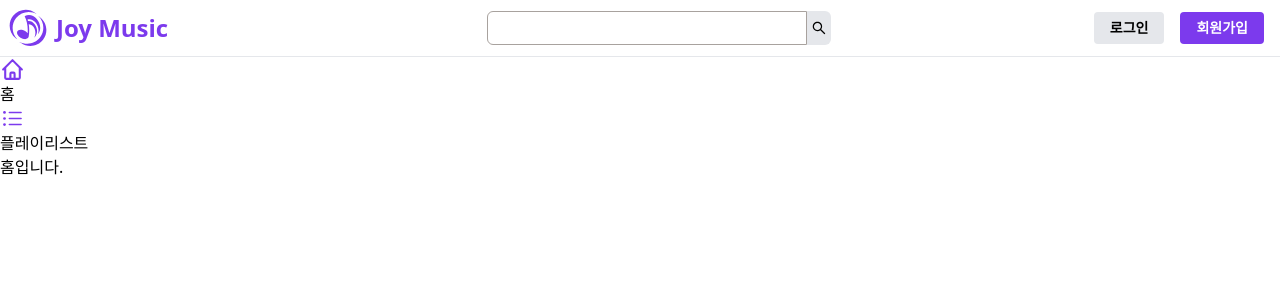
Repository: momo0170/joy-music
Page: /
An editor plug-in stored every save of this project. The page is shown before and after the next save, followed by the edit.
The browser window is 1280 px wide. The pictures show the whole page.
The project was rebuilt for these pictures with package versions that can differ from the ones it lists, and the page was loaded fresh each time. Also part of the build but not shown: src/App.css, src/router/Playlist.jsx.

Above is the page before, as saved 2023-09-25 14:37:01.

### public/index.html
<!DOCTYPE html>
<html lang="en">
  <head>
    <meta charset="utf-8" />
    <link rel="icon" href="%PUBLIC_URL%/favicon.ico" />
    <meta name="viewport" content="width=device-width, initial-scale=1" />
    <meta name="theme-color" content="#000000" />
    <meta
      name="description"
      content="Web site created using create-react-app"
    />
    <link rel="apple-touch-icon" href="%PUBLIC_URL%/logo192.png" />
    <!-- <link rel="manifest" href="%PUBLIC_URL%/manifest.json" /> -->

    <title>Joy Music</title>
  </head>
  <body>
    <div id="root"></div>
  </body>
</html>

### src/index.js
import React from 'react';
import ReactDOM from 'react-dom/client';
import './index.css';
import App from './App';
import { RouterProvider, createBrowserRouter } from 'react-router-dom';
import Home from './router/Home';
import Playlist from './router/Playlist';

const router = createBrowserRouter([
  {
    path: '/',
    element: <App />,
    children: [
      {
        index: true,
        element: <Home />,
      },
      {
        path: '/playlist',
        element: <Playlist />,
      },
    ],
  },
]);

const root = ReactDOM.createRoot(document.getElementById('root'));
root.render(
  <RouterProvider router={router}>
    <App />
  </RouterProvider>
);

### src/App.js
import { Outlet } from 'react-router-dom';
import './App.css';
import Header from './components/Header';
import Menubar from './components/Menubar';

function App() {
  return (
    <>
      <Header />
      <div>
        <Menubar />
        <Outlet />
      </div>
    </>
  );
}

export default App;

### src/router/Home.jsx
import React from 'react';

export default function Home() {
  return <div>홈입니다.</div>;
}

### src/components/Header.jsx
import React from 'react';
import { GiMusicSpell } from 'react-icons/gi';
import { AiOutlineSearch } from 'react-icons/ai';
import { Link } from 'react-router-dom';

export default function Header() {
  return (
    <header className="flex justify-between p-2 border-b h-13 items-center">
      <Link to="/" className="flex items-center">
        <GiMusicSpell
          size="40"
          color="#7c3aed"
          className="hover:animate-spin"
        />
        <div className="text-violet-600 text-2xl ml-2 font-bold">Joy Music</div>
      </Link>

      <form className="flex transform translate-x-8">
        <input
          type="text"
          className="rounded-l-md border border-stone-400 p-1 px-2 focus:shadow-inner2 outline-none focus:border-violet-600 placeholder:text-sm hover:shadow-hoverInput hover:border-hoverInput w-80"
        />
        <button className="bg-gray-200 p-1 rounded-r-md box-border hover:bg-gray-300">
          <AiOutlineSearch />
        </button>
      </form>
      <div className="flex">
        <button className="bg-gray-200 mx-2 px-4 py-1.5 rounded text-sm font-semibold hover:bg-gray-300">
          로그인
        </button>
        <button className="bg-violet-600 text-white mx-2 px-4 py-1.5 rounded text-sm font-semibold hover:bg-violet-700">
          회원가입
        </button>
      </div>
    </header>
  );
}

### src/components/Menubar.jsx
import React from 'react';
import MenuButton from './Menubutton';

export default function MenuBar() {
  const list = [
    ['/', '홈'],
    ['/playlist', '플레이리스트'],
  ];
  return (
    <aside>
      {list.map((item, idx) => (
        <MenuButton key={idx} text={item[1]} path={item[0]} />
      ))}
    </aside>
  );
}

### src/components/Menubutton.jsx
import React from 'react';
import { Link } from 'react-router-dom';
import { HiHome, HiOutlineHome } from 'react-icons/hi';
import { IoIosListBox, IoIosList } from 'react-icons/io';

const SIZE = '25';
const COLOR = '#7C3AED';
export default function MenuButton({ text, path }) {
  return (
    <div>
      <Link to={path}>
        {text === '홈' ? (
          <HiOutlineHome size={SIZE} color={COLOR} />
        ) : (
          <IoIosList size={SIZE} color={COLOR} />
        )}
        <span>{text}</span>
      </Link>
    </div>
  );
}

### tailwind.config.js
/** @type {import('tailwindcss').Config} */
module.exports = {
  content: ['./src/**/*.{js,jsx,ts,tsx}'],
  theme: {
    extend: {
      borderWidth: {
        1.5: '1.5px',
      },
      boxShadow: {
        inner2: '0 0 0 1.5px #7c3aed inset',
        hoverInput: '0 0 0 1px #ABABAB inset',
      },
      borderColor: {
        hoverInput: '#ABABAB',
      },
    },
  },
  plugins: [],
};

Loaded but not shown: src/index.css (common file)

After the next save:
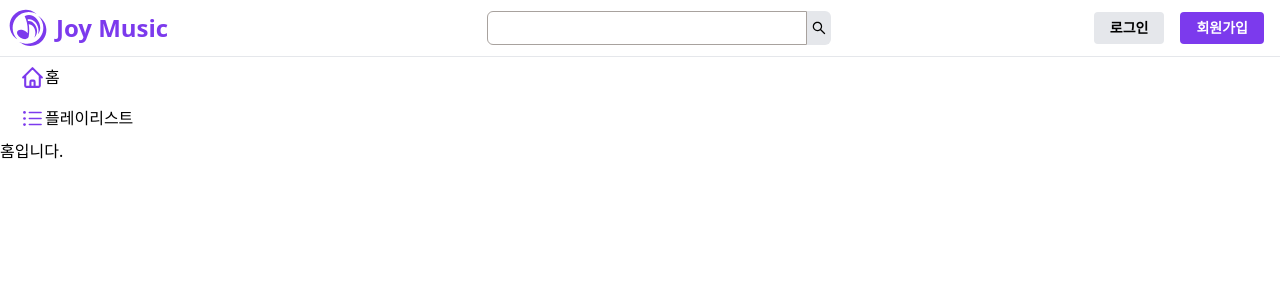
Saved 26 s later.
--- a/src/components/Menubutton.jsx
+++ b/src/components/Menubutton.jsx
@@ -8,7 +8,7 @@ const COLOR = '#7C3AED';
 export default function MenuButton({ text, path }) {
   return (
     <div>
-      <Link to={path}>
+      <Link to={path} className="flex px-5 py-2 rounded hover:bg-violet-100">
         {text === '홈' ? (
           <HiOutlineHome size={SIZE} color={COLOR} />
         ) : (
